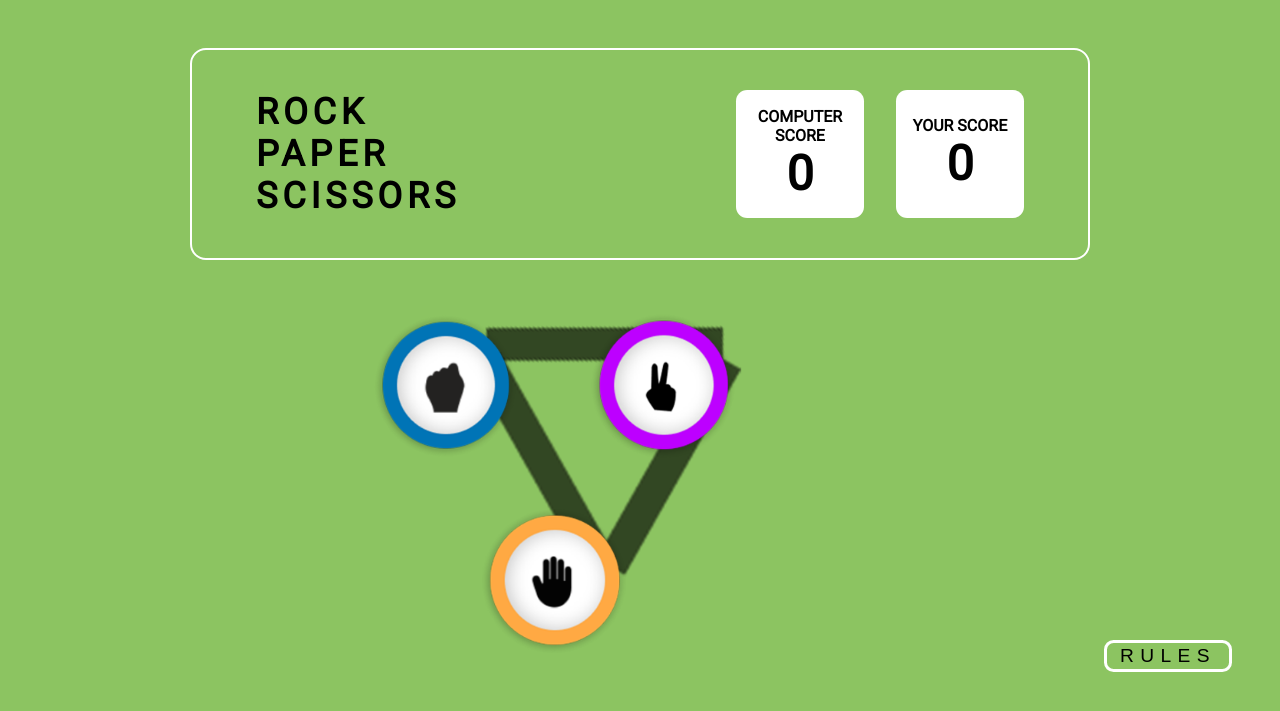
Repository: drumsmanku/Major-module-project-1
Page: index.html
These files come from the project's save history. The page is drawn as it stood at one moment and after the next save; the edit follows.
The browser window is 1280 px wide. The pictures show the whole page.

Above is the page before, as saved 2023-05-01 12:02:08.

### index.html
<!DOCTYPE html>
<html lang="en">
<head>
  <meta charset="UTF-8">
  <meta http-equiv="X-UA-Compatible" content="IE=edge">
  <meta name="viewport" content="width=device-width, initial-scale=1.0">
  <link rel="stylesheet" href="styles.css">
  <title>Module Project 1 </title>
</head>
<body>
  <div class="main-container">
    <div class="first-container">
      <div class="text">
        <h1>ROCK PAPER SCISSORS</h1>
      </div>
      <div class="two-boxes">
        <div class="computer-score">
          <h4>COMPUTER SCORE</h4>
          <h1 id="comp-score">0</h1>
        </div>
        <div class="your-score">
          <h4>YOUR SCORE</h4>
          <h1 id="my-score">0</h1>
        </div>
      </div>

    </div>

    <div class="second-main-container">
      <div class="second-main-main-first-container ">
        <div id="all-three-imgs" class="second-first-main-container">
          <div id="two-btns" class="two-buttons">
            <button id="rock" class="btn-2" onclick="choose('rock')"><img src="1.png" alt=""></button>
            <button id="scissor" class="btn-3" onclick="choose('scissor')"><img src="2.png" alt=""></button>
          </div>
          <button id="paper" class="btn-1" onclick="choose('paper')"> <img src="3.png" alt=""></button>
        </div>
        <img class="tri-img" src="tri1.png" alt="">
        <div class="second-second-main-container">
          <div class="img-container">
            <img id="rules-img" src="4.png" alt="">
            <button id="my-btn">
              <p>X</p><img src="x.png" alt="">
            </button>
          </div>
        </div>

      </div>
       <div id="just-a-div" class="second-main-main-second-conainer ">
        <div id="close-everything" class="cont">
          <div class="images-div">
            <p id="you-picked" class="display-none">You Picked</p>
            <img id="first-img" class="display-none" src="1.png" alt="">
            <img id="second-img" class="display-none" src="2.png" alt="">
            <img id="third-img" class="display-none" src="3.png" alt="">
          </div>
          <div class="who-won">
            <p id="you-win" class="won display-none">YOU WIN</p>
            <p id="against-pc" class="against display-none">Against PC</p>
            <button id="play-again" class="play-again display-none" onclick="playAgain()">Play Again</button>
          </div>
          <div class="images-div-for-pc">
            <p id="pc-picked" class="display-none">PC Picked</p>
            <img id="fourth-img" class="display-none" src="1.png" alt="">
            <img id="fifth-img" class="display-none" src="2.png" alt="">
            <img id="sixth-img" class="display-none" src="3.png" alt="">
          </div>
        </div>


       </div>
    </div>
    <div class="bottom-btn"><button id="rule-btn">RULES</button><button id="next-btn" class="display-none" onclick="location.href='hurray.html'">NEXT</button></div>




  </div>

  <script src="script.js"></script>
</body>
</html>

### styles.css
@import url('https://fonts.googleapis.com/css2?family=Roboto&display=swap');

*{
  padding: 0;
  margin: 0;
}
button{
  cursor: pointer;
}
body{
  background-color: #8CC461;
}
.main-container{
  display: flex;
  flex-direction: column;
  align-items: center;
}
.first-container{
  height: 5rem;
  width: 60vw;
  border: 2px solid white;
  background: none;
  border-radius: 1rem;
  padding: 4rem;
  display: flex;
  flex-direction: row;
  align-items: center;
  justify-content: space-between;
  margin-top: 3rem;
}
.text{
  height: inherit;
  width: 20%;
  display: flex;
  flex-wrap: wrap;
  flex-direction: column;
  font-family: 'Roboto';
  letter-spacing: 0.3rem;
  font-size: large;
  justify-content: center;
  align-items: center;
}

.computer-score{
  display: flex;
  flex-direction: column;
  height: 8rem;
  width: 8rem;
  flex-wrap: wrap;
  font-family: 'Roboto';
  justify-content: center;
  align-items: center;
  background-color: white;
  text-align: center;
  border-radius: 0.7rem;
}
.computer-score>h1{
  font-weight: 800;
  font-size: 3rem;
}
.your-score{
  display: flex;
  flex-direction: column;
  height: 8rem;
  width: 8rem;
  flex-wrap: wrap;
  font-family: 'Roboto';
  justify-content: center;
  align-items: center;
  background-color: white;
  text-align: center;
  border-radius: 0.7rem;
  margin-left: 2rem;
}
.your-score>h1{
  font-weight: 800;
  font-size: 3rem;
}
.two-boxes{
  display: flex;
  flex-direction: row;
  justify-content: space-between;
}
.second-main-container{
  position: relative;
  width: 100vw;
}
.second-main-main-first-container{
  display: flex;
  flex-direction: row;
  justify-content: flex-end;
  width: 100vw;

}
.hide{
  display: none;
}
.second-first-main-container{
  display: flex;
  flex-direction: column;
  justify-content: flex-end;
  align-items: center;
  height: 55vh;
  width: 40vw;
  z-index: 999;
  max-width: 100%;
}
.two-buttons{
  width: inherit;
  display: flex;
  flex-direction: row;
  justify-content: space-evenly;
  margin-bottom: 3rem;
}
.btn-1{
  background: none;
  border:none;
  cursor: pointer;
  max-width: 100%;
}
.btn-2{
  background: none;
  border:none;
  cursor: pointer;
  max-width: 100%;
}
.btn-3{
  background: none;
  border:none;
  cursor: pointer;
  max-width: 100%;
}
.second-first-main-container img{
  width: 9rem;
}

.second-second-main-container{
  display: flex;
  align-items: flex-end;
  margin-right: 12rem;
}
.second-second-main-container .img-container button{
  background: none;
  border: none;
  cursor: pointer;
  z-index: 999;
  position: absolute;
  top: -10%;
  left: 90%;
  bottom: 21rem;
  text-align: center;
  font-size:3.2rem;
  font-weight: bolder;
}
.second-second-main-container .img-container button>p{
  position: absolute;
  margin-left: 0.9rem;

  color: aliceblue;
  font-family: 'Roboto';
}
.img-container{
  position: relative;
  display: inline-block;
}
#rules-img{
  z-index: 999;
}
#rules-img, #my-btn{
  transform: scale(0);
}
#rules-img.appear{
  animation: open 0.4s ease-in-out forwards;
  transform-origin: top right;
}
#my-btn.appear{
  animation: open 0.1s ease-in-out 0.3s forwards;

}
#rules-img.disappear{
  animation: close 0.4s ease-in-out forwards;
  transform-origin: top right;
}
#my-btn.disappear{
  animation:close 0.1s ease-in-out 0.3s forwards;
}
@keyframes open{
  from{
    transform: scale(0);
  }
  to{
    transform: scale(1);
  }
}
@keyframes close{
  from{
    transform: scale(1);
  }
  to{
    transform: scale(0);
  }
}

#rule-btn{
  background: none;
  border: 3px solid white;
  border-radius: 0.6rem;
  height: 2rem;
  width: 8rem;
  font-size:1.2rem;
  letter-spacing: 0.4rem;
  cursor: pointer;
  z-index: 999;
}
.bottom-btn{
  width: 100vw;
  display: flex;
  justify-content: flex-end;
  margin-top: 1.5rem;
  margin-top: -1rem;

}
.bottom-btn button{
  margin-right: 3rem;
}

.images-div{
  position: relative;
  display: flex;
  justify-content: center;
  align-items: center;
  height: 55vh;
  flex-direction: column;
  /* width: 100vw; */
}
.images-div img{
  position: absolute;
  left: 30%;
  width: 10rem;

}
.images-div p{
  position: absolute;
  left: 30%;
  top: 5rem;
  letter-spacing: 0.2rem;
  color: white;
  font-size: large;
  font-weight: bold;
  font-family: 'Roboto';
  width: 10rem;
  padding-left: 1rem;
}

.images-div-for-pc{
  position: relative;
  display: flex;
  justify-content: center;
  align-items: center;
  height: 55vh;
  flex-direction: column;
}
.images-div-for-pc img{
  position: absolute;
  left: 55%;
  width: 10rem;
}
.images-div-for-pc p{
  position: absolute;
  left: 60%;
  top: 5rem;
  right: -4rem;
  letter-spacing: 0.2rem;
  color: white;
  font-size: large;
  font-weight: bold;
  font-family: 'Roboto';
  width: 15rem;
  padding-left: 2rem;
}
.second-main-main-second-conainer{
  position: absolute;
  top: 0;
  width: inherit;
  display: flex;
  flex-direction: row;
  justify-content: center;
  align-items: center;
}
.cont{
  display: flex;
  flex-direction: row;
  height: inherit;
  width: 50%;
  justify-content: space-evenly;
  align-items: center;
  margin-left: -10rem;
}
.against{
  font-size: x-large;
  columns: white;
  font-weight: bold;
  font-family: 'Roboto';
  letter-spacing: 0.3rem;
  margin-bottom: 1rem;
}
.who-won{
  display: flex;
  flex-direction: column;
  align-items: center;
  /* justify-content: center; */
  margin-left: 9rem;
  height: 20vh;

}
.won{
  color: white;
  font-size: xx-large;
  font-weight: bold;
  font-family: 'Roboto';
  letter-spacing: 0.3rem;
  margin-bottom:1rem;
}
.who-won button{
  background-color: white;
  border: none;
  color: #6B6B6B;
  width: 10rem;
  height: 3rem;
  font-size: 1.3rem;
  border-radius: 0.5rem;
}
#next-btn{
  background: none;
  border: 3px solid white;
  border-radius: 0.6rem;
  height: 2rem;
  width: 8rem;
  font-size:1.2rem;
  letter-spacing: 0.4rem;
  cursor: pointer;
  margin-right: 7rem;
  z-index: 999;
}

.display-none {
  display: none;
}
.tri-img{
  width: 17rem;
  position: absolute;
  right: 42%;
  top: 3rem;

}

### script.js
const myimg=document.querySelector("#rules-img");
const closebtn=document.querySelector("#my-btn");
const ruleOpen=document.querySelector("#rule-btn");
const rockBtn = document.getElementById("rock");
const paperBtn = document.getElementById("paper");
const scissorsBtn = document.getElementById("scissor");
const nextBtn=document.getElementById('next-btn');
const rockImg=document.getElementById('first-img');
const scissorImg=document.getElementById('second-img');
const paperImg=document.getElementById('third-img');
const youPicked=document.getElementById('you-picked');
const youWon=document.getElementById('you-win');
const aginstPC=document.getElementById('against-pc');
const againBtn=document.getElementById('play-again');
const pcPicked=document.getElementById('pc-picked');
const rockCompBtn=document.getElementById('fourth-img');
const scissorCompBtn=document.getElementById('fifth-img');
const paperCompBtn=document.getElementById('sixth-img');
const allThree=document.getElementById('all-three-imgs');
const twoBtns=document.getElementById('two-btns');
const compScore=document.getElementById('comp-score');
const myScore=document.getElementById('my-score');
const cont=document.getElementById('close-everything');

let Myscore=localStorage.getItem('Mscore')||0;
let Compscore=localStorage.getItem('Cscore')||0;
myScore.innerText=Myscore;
compScore.innerText=Compscore;

ruleOpen.addEventListener("click", ()=>{
  myimg.classList.add("appear");
  closebtn.classList.add("appear");
  myimg.classList.remove("disappear");
  closebtn.classList.remove("disappear");
});
closebtn.addEventListener("click", ()=>{
  myimg.classList.add("disappear");
  closebtn.classList.add("disappear");
  myimg.classList.remove("appear");
  closebtn.classList.remove("appear");
});


function playGame(userChoice) {
  const choices = ["rock", "paper", "scissors"];
  const computerChoice = choices[Math.floor(Math.random() * 3)];
  return computerChoice;
}

function choose(choice) {
  if (choice === "rock") {
    allThree.classList.add("display-none");
    rockImg.classList.remove("display-none");
    youPicked.classList.remove("display-none");
    pcPicked.classList.remove("display-none");
    const res = playGame(choice);
    console.log(res);
    if (res === "rock") {
      rockCompBtn.classList.remove("display-none");
      document.getElementById("you-win").innerHTML = "TIE UP";
      youWon.classList.remove("display-none");
      againBtn.innerText = "Replay";
      againBtn.classList.remove("display-none");
    } else if (res === "scissors") {
      scissorCompBtn.classList.remove("display-none");
      youWon.classList.remove("display-none");
      aginstPC.classList.remove("display-none");
      againBtn.classList.remove("display-none");
      nextBtn.classList.remove('display-none');
      Myscore++;
      localStorage.setItem("Mscore", Myscore);
      myScore.innerText = Myscore;
    } else {
      paperCompBtn.classList.remove("display-none");
      document.getElementById("you-win").innerHTML = "YOU LOST";
      youWon.classList.remove("display-none");
      aginstPC.classList.remove("display-none");
      againBtn.classList.remove("display-none");
      Compscore++;
      localStorage.setItem("Cscore", Compscore);
      compScore.innerText = Compscore;
    }
  } else if (choice === "paper") {
    allThree.classList.add("display-none");
    paperImg.classList.remove("display-none");
    youPicked.classList.remove("display-none");
    pcPicked.classList.remove("display-none");
    const res = playGame(choice);
    console.log(res);
    if (res === "paper") {
      paperCompBtn.classList.remove("display-none");
      document.getElementById("you-win").innerHTML = "TIE UP";
      youWon.classList.remove("display-none");
      againBtn.innerText = "Replay";
      againBtn.classList.remove("display-none");
    } else if (res === "rock") {
      rockCompBtn.classList.remove("display-none");
      youWon.classList.remove("display-none");
      aginstPC.classList.remove("display-none");
      againBtn.classList.remove("display-none");
      nextBtn.classList.remove('display-none');
      Myscore++;
      localStorage.setItem("Mscore", Myscore);
      myScore.innerText = Myscore;
    } else {
      scissorCompBtn.classList.remove("display-none");
      document.getElementById("you-win").innerHTML = "YOU LOST";
      youWon.classList.remove("display-none");
      aginstPC.classList.remove("display-none");
      againBtn.classList.remove("display-none");
      nextBtn.classList.add("display-none");
      Compscore++;
      localStorage.setItem("Cscore", Compscore);
      compScore.innerText = Compscore;
    }
  } else {
    allThree.classList.add("display-none");
    scissorImg.classList.remove("display-none");
    youPicked.classList.remove("display-none");
    pcPicked.classList.remove("display-none");
    const res = playGame(choice);
    console.log(res);
    if (res === "scissors") {
      scissorCompBtn.classList.remove("display-none");
      document.getElementById("you-win").innerHTML = "TIE UP";
      youWon.classList.remove("display-none");
      againBtn.innerText = "Replay";
      againBtn.classList.remove("display-none");
    } else if (res === "paper") {
      paperCompBtn.classList.remove("display-none");
      youWon.classList.remove("display-none");
      aginstPC.classList.remove("display-none");
      againBtn.classList.remove("display-none");
      nextBtn.classList.remove('display-none');
      Myscore++;
      localStorage.setItem("Mscore", Myscore);
      myScore.innerText = Myscore;
    } else {
      rockCompBtn.classList.remove("display-none");
      document.getElementById("you-win").innerHTML = "YOU LOST";
      youWon.classList.remove("display-none");
      aginstPC.classList.remove("display-none");
      againBtn.classList.remove("display-none");
      Compscore++;
      localStorage.setItem("Cscore", Compscore);
      compScore.innerText = Compscore;
    }
  }

}

function playAgain(){
  location.reload();
}

After the next save:
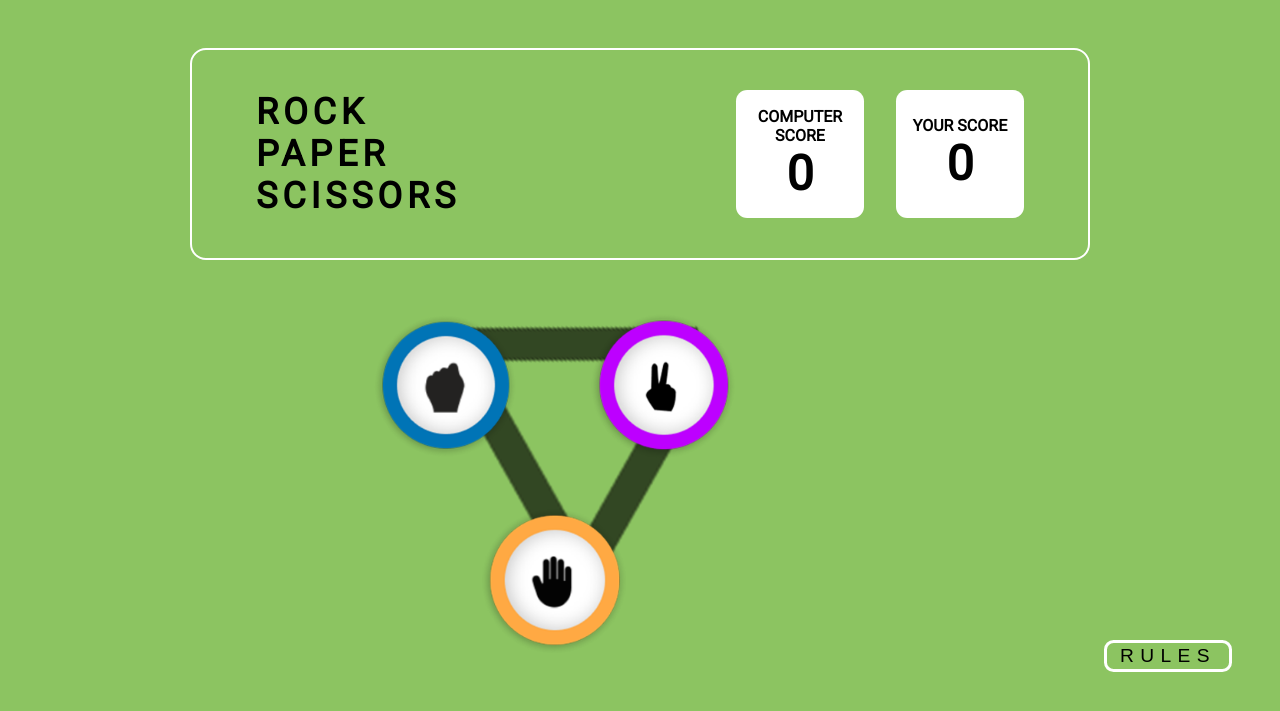
Saved 6 s later.
--- a/styles.css
+++ b/styles.css
@@ -349,7 +349,7 @@ body{
 .tri-img{
   width: 17rem;
   position: absolute;
-  right: 42%;
+  right: 44%;
   top: 3rem;
 
 }
